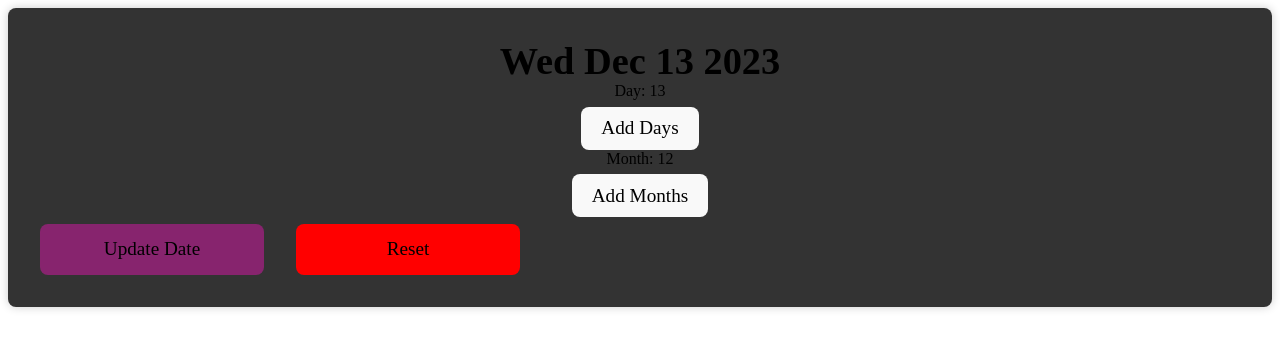
Repository: Tobby004/secondvue-assignment
Page: / (app in second-vue/)
The author's editor kept a copy of each file at every save. The page is drawn from the files as they stood at one save, then again after a run of saves.
The browser window is 1280 px wide. The pictures show the whole page.
The project was rebuilt for these pictures with package versions that can differ from the ones it lists, and the page was loaded fresh each time. Also part of the build but not shown: second-vue/vue.config.js.

Above is the page before, as saved 2023-12-13 14:41:16.

After the next 2 saves:
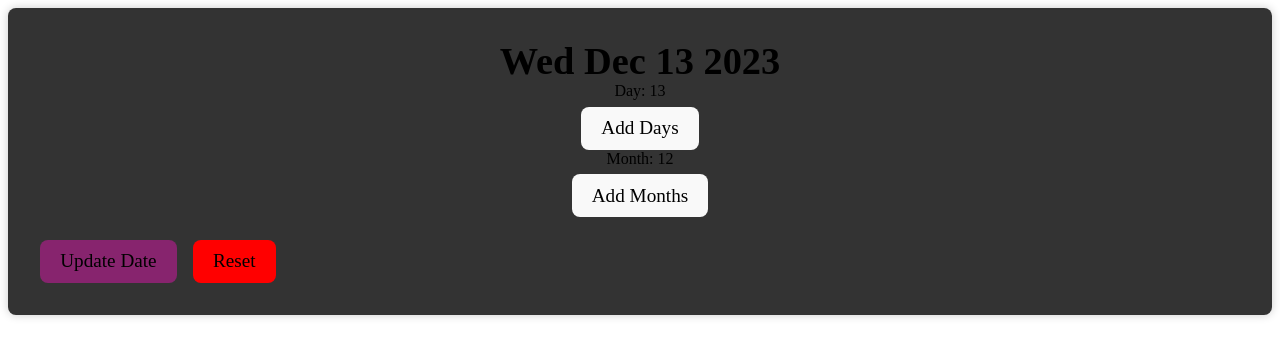
The 2 saves are shown as one change because 1 did not build or start.
The last was saved 112 s later.
--- a/second-vue/src/App.vue
+++ b/second-vue/src/App.vue
@@ -169,21 +169,21 @@ button:focus-visible {
   gap: 2rem;
 }
 
-.action-btn > button {
-  width: 14rem;
-  height: 3.2rem;
+.action-btn {
+  margin-top: 1rem;
+  display: flex;
+  gap: 1rem;
+  align-items: center;
 }
 
 .change-btn {
   background-color: rgb(135, 36, 110);
 }
 
-/* .reset-btn styles */
 .reset-btn {
   background-color: red;
 }
 
-/* Media query for light color scheme */
 @media (prefers-color-scheme: light) {
   :root {
     color: #213547;
